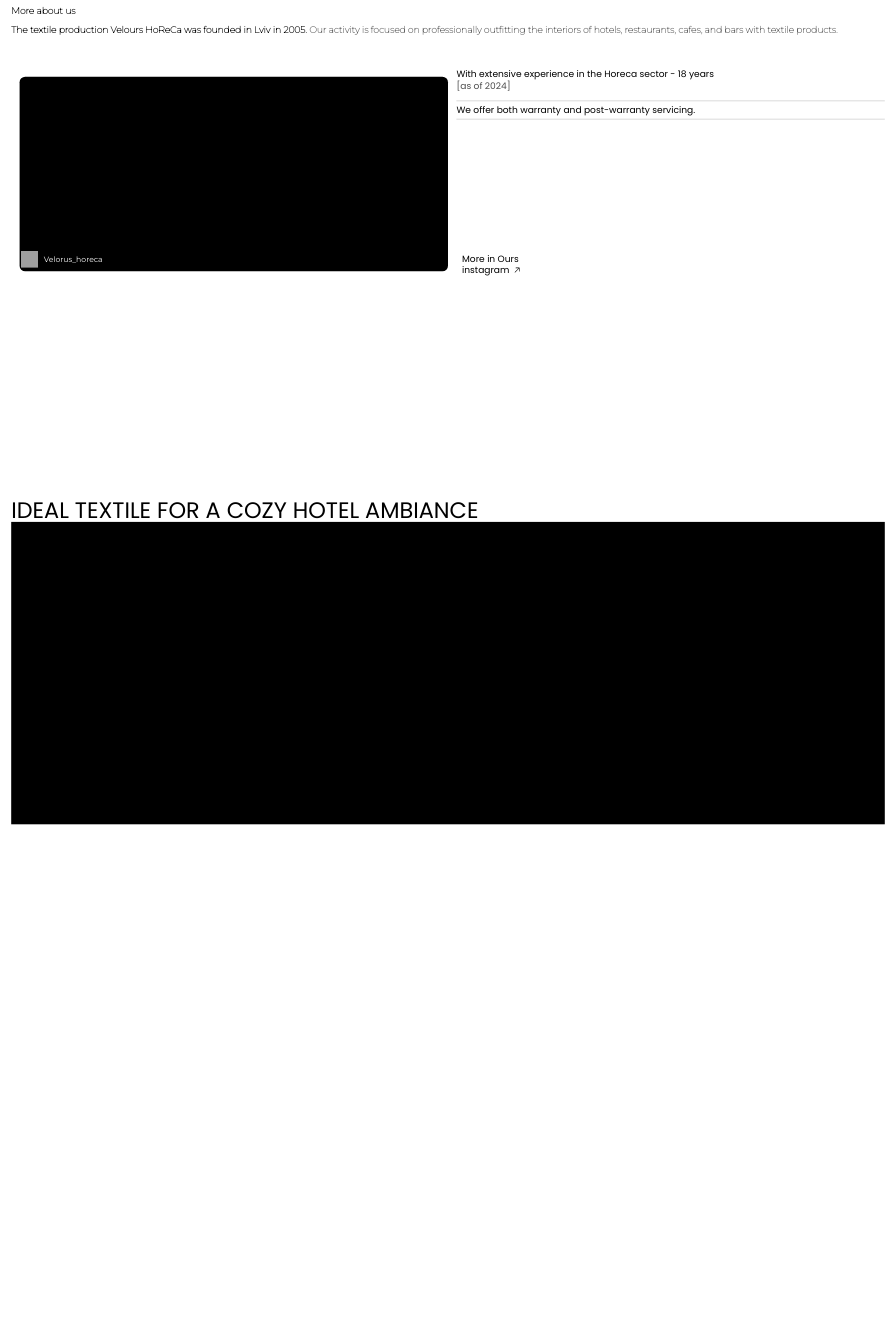
Repository: nikhilsinghrathore1/Shery_02
Page: /
These files come from the project's save history. The page is drawn as it stood at one moment and after the next save; the edit follows.
The browser window is 1280 px wide. The pictures show the part of the page from y = 3082 to 5002 px (the page is 5544 px tall), at 70% of full size.
Pictures or frames that could not be fetched are drawn as grey boxes. The project was rebuilt for these pictures with package versions that can differ from the ones it lists, and the page was loaded fresh each time. Also part of the build but not shown: vite.config.js.

Above is the page before, as saved 2024-07-18 03:08:53.

After the next save:
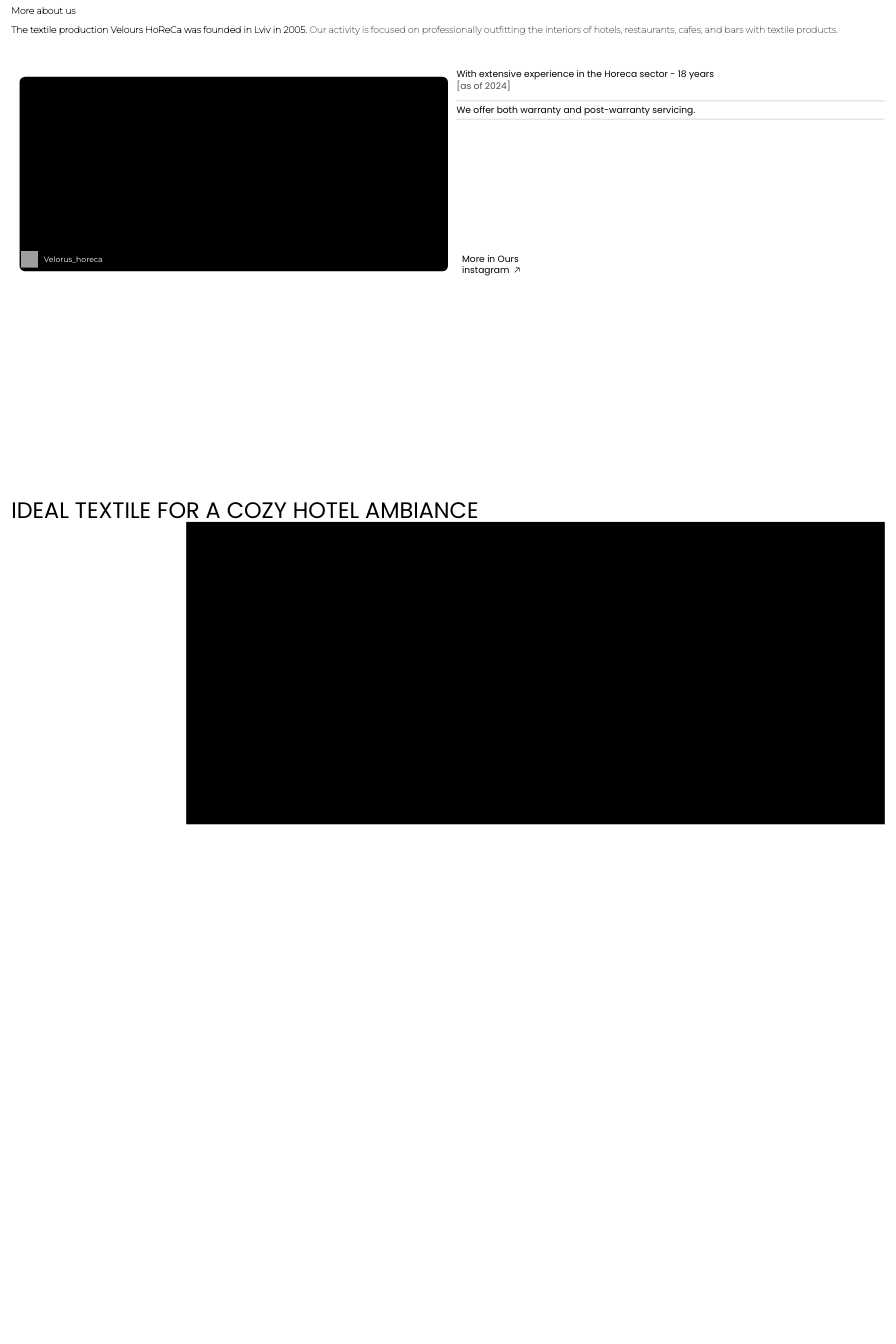
Saved 36 s later.
--- a/src/pages/Landing.jsx
+++ b/src/pages/Landing.jsx
@@ -58,8 +58,9 @@ const Landing = () => {
                <div className=' uppercase text-[32px] w-full leading-[35px] f5 font-light '>
                                              <p className='w-[78%]'>ideal textile for a cozy hotel ambiance</p>
 
-                                             <div className='w-full flex h-[60vh] bg-black'>
-
+                                             <div className='w-full flex h-[60vh]'>
+                                                            <div className='w-[20%] h-full'></div>
+                                                            <div className='w-[80%] h-full bg-black'></div>
                                              </div>
                               </div>
                </div>
